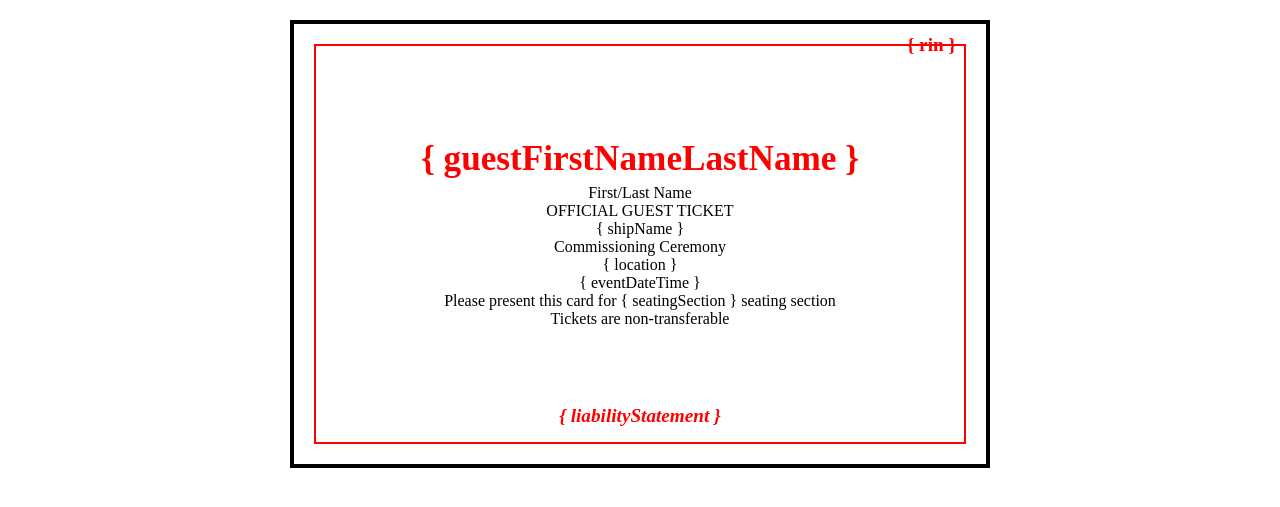
Repository: yaleevans/SabelWeasyPrintPDFLambda
Page: event_ticket_template.html
An editor plug-in stored every save of this project. The page is shown before and after the next save, followed by the edit.
The browser window is 1280 px wide. The pictures show the whole page.

Above is the page before, as saved 2025-10-17 09:19:46.

After the next save:
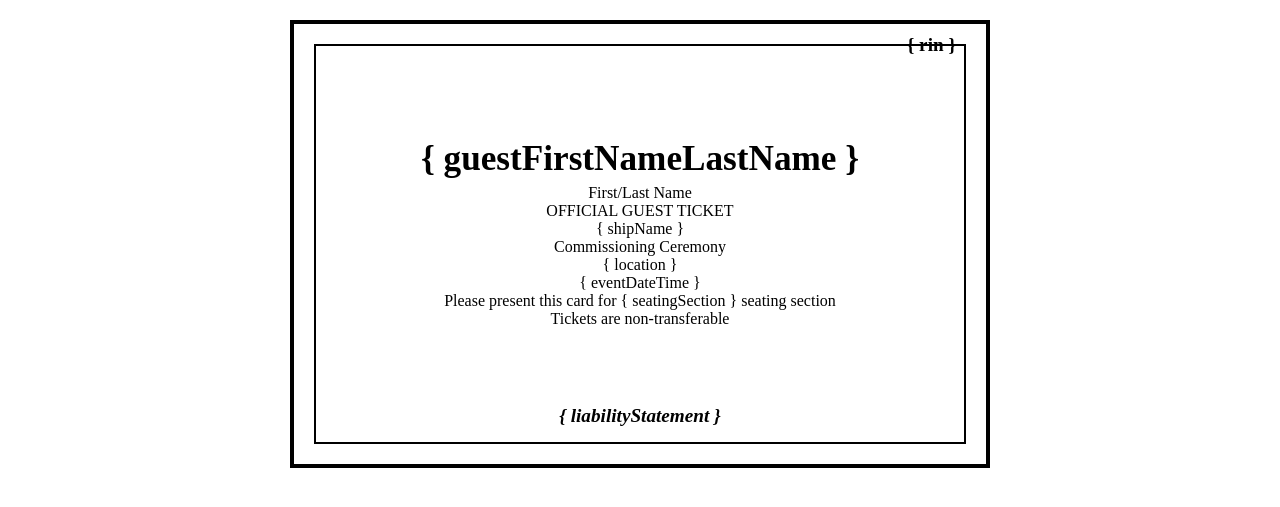
Saved 66 s later.
--- a/event_ticket_template.html
+++ b/event_ticket_template.html
@@ -4,25 +4,25 @@
     <title>Official Guest Ticket</title>
     <style>
         body {
+            /* Remove margin/padding to prevent extra space on the PDF page */
             margin: 0;
             padding: 0;
             font-family: 'Times New Roman', Times, serif;
             background-color: white;
         }
         .ticket-container {
-            /* FIX 3: REMOVED height: calc(100vh - 40px); */
-            /* Added width for consistent sizing, margin: auto for centering */
+            /* FIX: Remove height, use margin: auto for centering, and set width */
             border: 4px solid black;
             padding: 20px;
-            margin: 20px auto;
+            margin: 20px auto; /* 20px margin all around, center horizontally */
             text-align: center;
             color: black;
             box-sizing: border-box;
-            width: 700px; /* Set a fixed width */
+            width: 700px;
             position: relative;
         }
         .inner-border {
-            border: 2px solid red; /* Changed to red for visibility, assuming blue is background */
+            border: 2px solid black; /* FIX: Changed from red to black */
             padding: 15px;
             box-sizing: border-box;
             display: flex;
@@ -31,7 +31,7 @@
             align-items: center;
             min-height: 400px; /* Ensures a good minimum ticket size */
         }
-        /* FIX 2: Ticket Number placement */
+        /* FIX: Ticket Number placement and color */
         .ticket-number-overlay {
             position: absolute;
             top: 5px;
@@ -39,10 +39,10 @@
             padding: 5px;
             font-size: 1.2em;
             font-weight: bold;
-            color: red; /* Ensure it is visible */
+            color: black; /* FIX: Set to black */
             z-index: 10;
         }
-        /* --- EXISTING STYLES REMAINS THE SAME --- */
+        /* --- EXISTING STYLES (Color fixes applied) --- */
         .content {
             flex-grow: 1;
             display: flex;
@@ -55,13 +55,16 @@
             font-size: 2.2em;
             font-weight: bold;
             margin-bottom: 5px;
-            color: red;
+            color: black; /* FIX: Set to black */
+        }
+        .guest-name-label, .ticket-title, .ship-name, .commissioning-text, .instructions, .transfer-info, .waiver-text {
+            color: black;
         }
         .waiver-text {
             font-size: 1.2em;
             font-style: italic;
             font-weight: bold;
-            color: red;
+            color: black; /* FIX: Set to black */
         }
     </style>
 </head>
